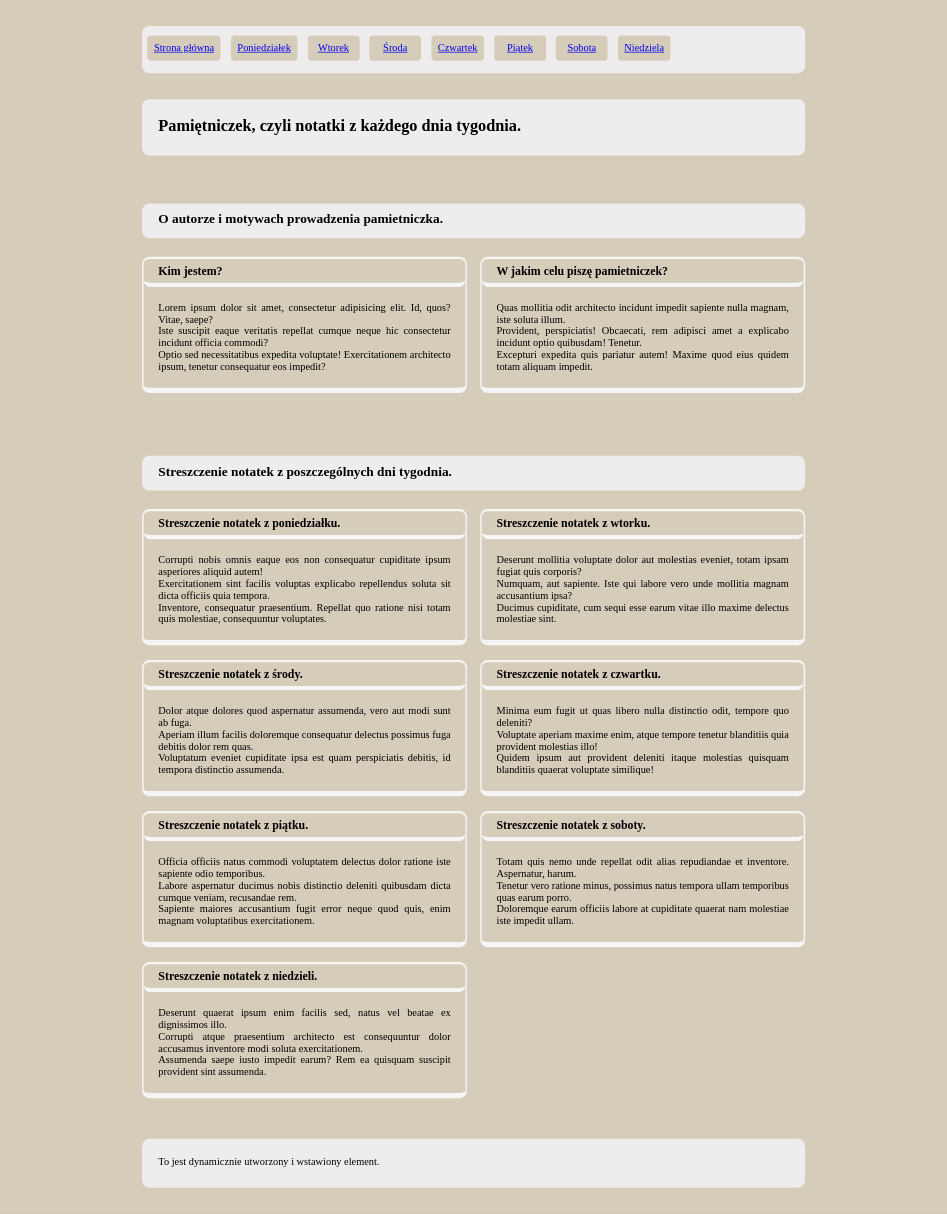
Repository: ArturNatwora/hompage
Page: index.html
These files come from the project's save history. The page is drawn as it stood at one moment and after the next save; the edit follows.
The browser window is 1280 px wide. The pictures show the whole page, at 74% of full size.

Above is the page before, as saved 2019-06-12 09:41:50.

### index.html
<!DOCTYPE html>
<html lang="pl">

<head>
    <meta charset="UTF-8">
    <meta name="viewport" content="width=device-width, initial-scale=1.0">
    <meta http-equiv="X-UA-Compatible" content="ie=edge">
    <link rel="stylesheet" href="index.css">
    <title>Strona domowa w ramach kursu WTf CO TEN FRONTEND.</title>
</head>

<body>
    <header class="bodyHeader">
        <nav class="bodyHeader__nav">
            <button class="bodyHeader__navResponsSwich">Menu</button>
            <ul class="bodyHeader__navListLink" >
                <li class="bodyHeader__navItemLink"><a class="bodyHeader__navLink" href="index.html">Strona główna</a></li>
                <li class="bodyHeader__navItemLink"><a class="bodyHeader__navLink" href="./days/1.html">Poniedziałek</a></li>
                <li class="bodyHeader__navItemLink"><a class="bodyHeader__navLink" href="./days/2.html">Wtorek</a></li>
                <li class="bodyHeader__navItemLink"><a class="bodyHeader__navLink" href="./days/3.html">Środa</a></li>
                <li class="bodyHeader__navItemLink"><a class="bodyHeader__navLink" href="./days/4.html">Czwartek</a></li>
                <li class="bodyHeader__navItemLink"><a class="bodyHeader__navLink" href="./days/5.html">Piątek</a></li>
                <li class="bodyHeader__navItemLink"><a class="bodyHeader__navLink" href="./days/6.html">Sobota</a></li>
                <li class="bodyHeader__navItemLink"><a class="bodyHeader__navLink" href="./days/7.html">Niedziela</a></li>
            </ul>
        </nav>
        <h1 class="bodyHeader__title">Pamiętniczek, czyli notatki z każdego dnia tygodnia.</h1>
    </header>
    <main class="main">
        <section class="section  section-flex" >
            <h2 class="section__title">O autorze i motywach prowadzenia pamietniczka.</h2>
            <article class="article article-flex">
                <h3 class="article__title">Kim jestem?</h3>
                <p>Lorem ipsum dolor sit amet, consectetur adipisicing elit. Id, quos? Vitae, saepe?</p>
                <p>Iste suscipit eaque veritatis repellat cumque neque hic consectetur incidunt officia commodi?</p>
                <p>Optio sed necessitatibus expedita voluptate! Exercitationem architecto ipsum, tenetur consequatur eos
                    impedit?</p>
            </article>
            <article class="article article-flex">

                <h3 class="article__title">W jakim celu piszę pamietniczek?</h3>
                <p>Quas mollitia odit architecto incidunt impedit sapiente nulla magnam, iste soluta illum.</p>
                <p>Provident, perspiciatis! Obcaecati, rem adipisci amet a explicabo incidunt optio quibusdam! Tenetur.
                </p>
                <p>Excepturi expedita quis pariatur autem! Maxime quod eius quidem totam aliquam impedit.</p>
            </article>

        </section>

        <section class="section section-flex">
                <h2 class="section__title">Streszczenie notatek z poszczególnych dni tygodnia.</h2>
                <article class="article article-flex">
                    <h3 class="article__title">Streszczenie notatek z poniedziałku.</h3>
                    <p>Corrupti nobis omnis eaque eos non consequatur cupiditate ipsum asperiores aliquid autem!</p>
                    <p>Exercitationem sint facilis voluptas explicabo repellendus soluta sit dicta officiis quia
                        tempora.</p>
                    <p>Inventore, consequatur praesentium. Repellat quo ratione nisi totam quis molestiae, consequuntur
                        voluptates.</p>
                </article>
                <article class="article article-flex">
                    <h3 class="article__title">Streszczenie notatek z wtorku.</h3>
                    <p>Deserunt mollitia voluptate dolor aut molestias eveniet, totam ipsam fugiat quis corporis?</p>
                    <p>Numquam, aut sapiente. Iste qui labore vero unde mollitia magnam accusantium ipsa?</p>
                    <p>Ducimus cupiditate, cum sequi esse earum vitae illo maxime delectus molestiae sint.</p>
                </article>
                <article class="article article-flex">
                    <h3 class="article__title">Streszczenie notatek z środy.</h3>
                    <p>Dolor atque dolores quod aspernatur assumenda, vero aut modi sunt ab fuga.</p>
                    <p>Aperiam illum facilis doloremque consequatur delectus possimus fuga debitis dolor rem quas.</p>
                    <p>Voluptatum eveniet cupiditate ipsa est quam perspiciatis debitis, id tempora distinctio
                        assumenda.</p>
                </article>
                <article class="article article-flex">
                    <h3 class="article__title">Streszczenie notatek z czwartku.</h3>
                    <p>Minima eum fugit ut quas libero nulla distinctio odit, tempore quo deleniti?</p>
                    <p>Voluptate aperiam maxime enim, atque tempore tenetur blanditiis quia provident molestias illo!
                    </p>
                    <p>Quidem ipsum aut provident deleniti itaque molestias quisquam blanditiis quaerat voluptate
                        similique!</p>
                </article>
                <article class="article article-flex">
                    <h3 class="article__title">Streszczenie notatek z piątku.</h3>
                    <p>Officia officiis natus commodi voluptatem delectus dolor ratione iste sapiente odio temporibus.
                    </p>
                    <p>Labore aspernatur ducimus nobis distinctio deleniti quibusdam dicta cumque veniam, recusandae
                        rem.</p>
                    <p>Sapiente maiores accusantium fugit error neque quod quis, enim magnam voluptatibus
                        exercitationem.</p>
                </article>
                <article class="article article-flex">
                    <h3 class="article__title">Streszczenie notatek z soboty.</h3>
                    <p>Totam quis nemo unde repellat odit alias repudiandae et inventore. Aspernatur, harum.</p>
                    <p>Tenetur vero ratione minus, possimus natus tempora ullam temporibus quas earum porro.</p>
                    <p>Doloremque earum officiis labore at cupiditate quaerat nam molestiae iste impedit ullam.</p>
                </article>
                <article class="article article-flex">
                    <h3 class="article__title">Streszczenie notatek z niedzieli.</h3>
                    <p>Deserunt quaerat ipsum enim facilis sed, natus vel beatae ex dignissimos illo.</p>
                    <p>Corrupti atque praesentium architecto est consequuntur dolor accusamus inventore modi soluta
                        exercitationem.</p>
                    <p>Assumenda saepe iusto impedit earum? Rem ea quisquam suscipit provident sint assumenda.</p>
                </article>
            </section>


    </main>
    <script src="index.js"></script>
</body>

</html>

### index.css

*{
    margin: 0;
    padding: 0;
    box-sizing: border-box;
    font-size: 14px;
}


body{
    min-width: 350px;
    width: 70%;
    max-width: 1100px;
    margin:  auto;
    background: rgb(214, 204, 186);

}

.bodyHeader {
    width: 100%;

    display: block;
    position: relative;


}
.bodyHeader__nav{
    background: rgb(238, 236, 236);
    width: 100%;
    height: auto;
    margin: 35px 0;

    display: block;

    border-width: 3px 2px 7px 2px ;
    border-style: solid;
    border-color: rgb(238, 236, 236);
    border-radius: 10px;
}

@media (max-width: 770px){
    .bodyHeader__nav{
        position: static;


    }


}

.bodyHeader__navResponsSwich{
    display:none;
}

@media (max-width: 770px) {
    .bodyHeader__navResponsSwich{
        display:block;
    }
    .bodyHeader__navResponsSwich:focus ~  .bodyHeader__navListLink {
        display: block;
    }

}

.bodyHeader__navListLink {
    width: 100%;
    list-style: none;
    display: block;
}

@media (max-width: 770px) {
    .bodyHeader__navListLink{
        display:none;
        width: 80%;
    }
    .bodyHeader__navListLink:hover{
        display: block;
    }


}
.bodyHeader__navItemLink{
    text-align: center;
    min-width: 70px;
    background: rgb(214, 204, 186);
    display: inline-block;
    padding: 7px ;
    margin: 10px 5px;
    border-width:  2px ;
    border-style: solid;
    border-color: rgb(214, 204, 186);
    border-radius: 5px;
}
@media (max-width: 770px) {
    .bodyHeader__navItemLink{
        display:block;
        width: 100%;
    }

}

.bodyHeader__title{
    font-size: 22px;
    display: block;
    margin:16px 0;
    padding: 20px;
    background: rgb(238, 236, 236);

    border-width: 3px 2px 7px 2px ;
    border-style: solid;
    border-color: rgb(238, 236, 236);
    border-radius: 10px;
}
.section{
    width: 100%;
    margin:40px 0 0 0 ;
}
@media (min-width: 770px) {

.section-flex{
display:flex;
flex-direction: row;
flex-wrap: wrap;
justify-content: space-between;
}
}
.section__title{

    width: 100%;
    font-size: 18px;
    display: block;
    margin:25px 0;
    padding: 8px 20px;
    background: rgb(238, 236, 236);

    border-width: 3px 2px 7px 2px ;
    border-style: solid;
    border-color: rgb(238, 236, 236);
    border-radius: 10px;
}
.article{

    display: block;
    margin:0 0 20px 0;
    padding:0 0 20px 0px;
    border-width: 3px 2px 7px 2px ;
    border-style: solid;
    border-color: whitesmoke;
    border-radius: 10px;

}
@media (min-width: 770px) {
.article-flex{
    width: 49%;


}


}
.article__title{
    font-size: 16px;
    display: block;
    margin:0 0 20px 0 ;
    padding: 7px 20px;

    border-width: 0 0 6px 0 ;
    border-style: solid;
    border-color: whitesmoke;
    border-radius: 10px;

}
p{
    text-align: justify;
    padding: 0 20px;
}

.bodyHeader__footer{
    background: rgb(238, 236, 236);
    width: 100%;
    height: auto;
    margin: 35px 0;
    padding: 20px 0;

    display: block;

    border-width: 3px 2px 7px 2px ;
    border-style: solid;
    border-color: rgb(238, 236, 236);
    border-radius: 10px;
}

### index.js
function addElement(elementName,elementClass,elementContent, parrentNode){
    const el = document.createElement(elementName);
    el.classList.add(elementClass);
    el.innerHTML = elementContent;
    parrentNode.appendChild(el);


};
let content =   "<p>To jest dynamicznie utworzony i wstawiony element.</p>";

 document.addEventListener("DOMContentLoaded", function() {
let body = document.body;
addElement("footer","bodyHeader__footer", content, body);
});

After the next save:
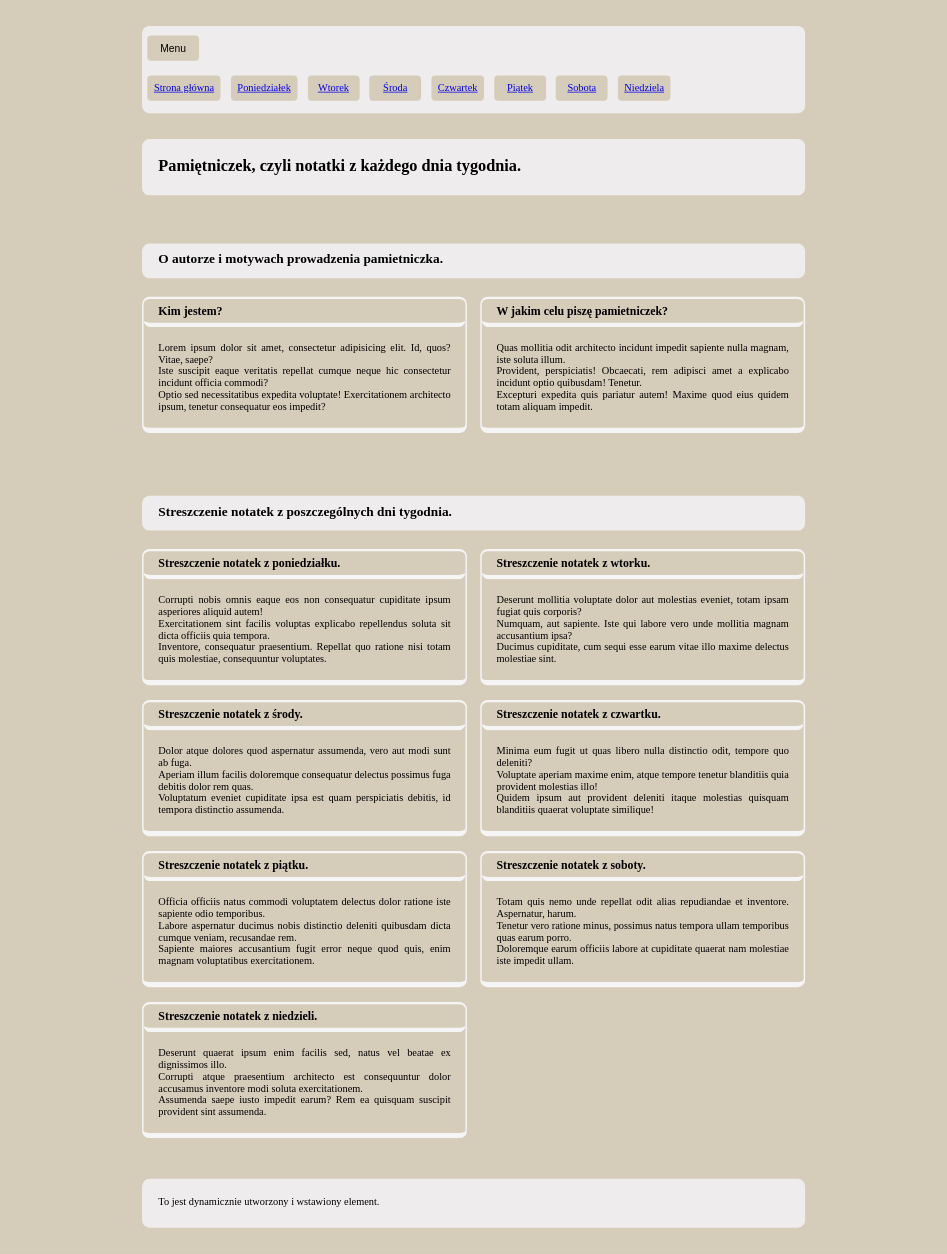
Saved 3 min 29 s later.
--- a/index.css
+++ b/index.css
@@ -79,7 +79,7 @@
 
 
 }
-.bodyHeader__navItemLink{
+.bodyHeader__navItemLink, .bodyHeader__navResponsSwich{
     text-align: center;
     min-width: 70px;
     background: rgb(214, 204, 186);

After the save that followed:
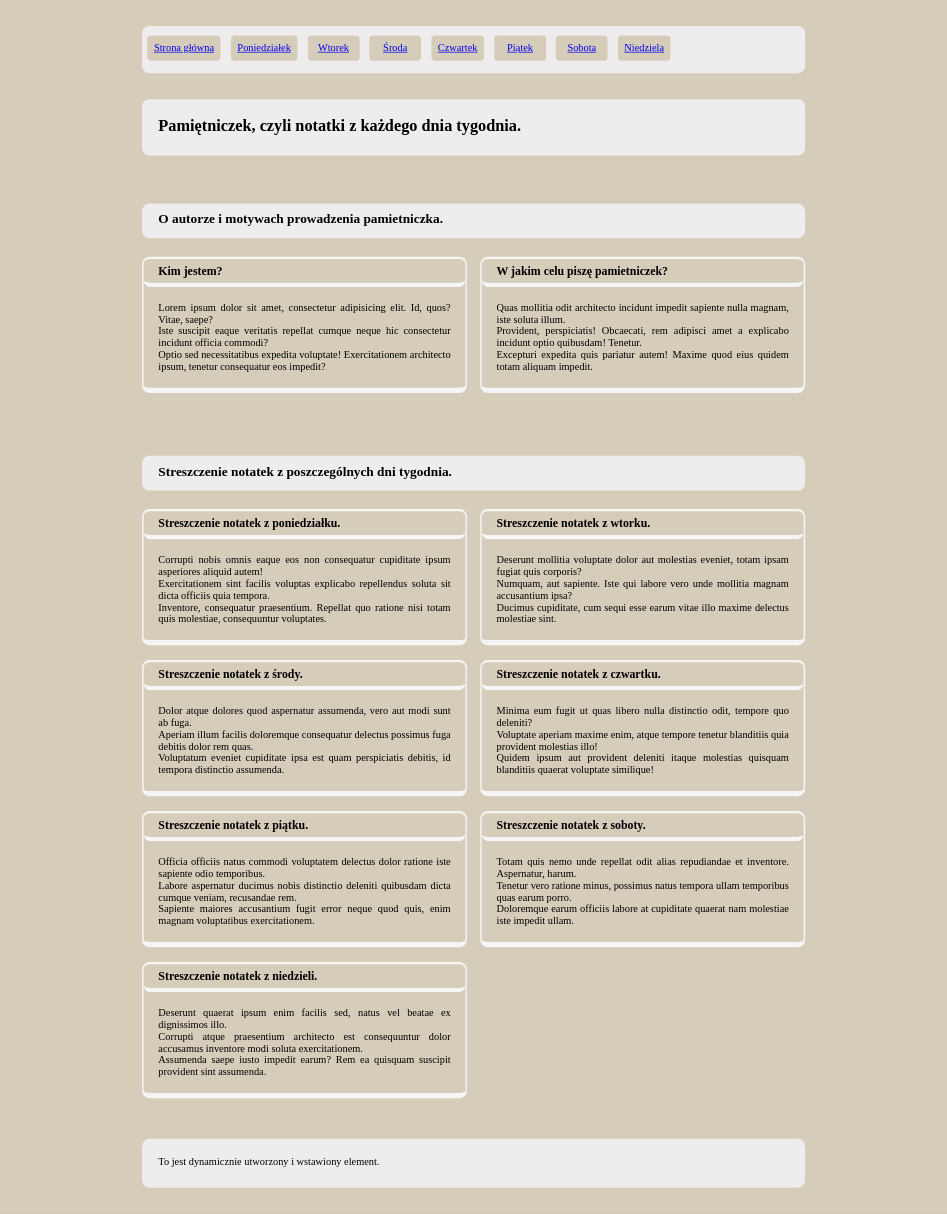
Saved 106 s later.
--- a/index.css
+++ b/index.css
@@ -79,7 +79,7 @@
 
 
 }
-.bodyHeader__navItemLink, .bodyHeader__navResponsSwich{
+.bodyHeader__navItemLink{
     text-align: center;
     min-width: 70px;
     background: rgb(214, 204, 186);
